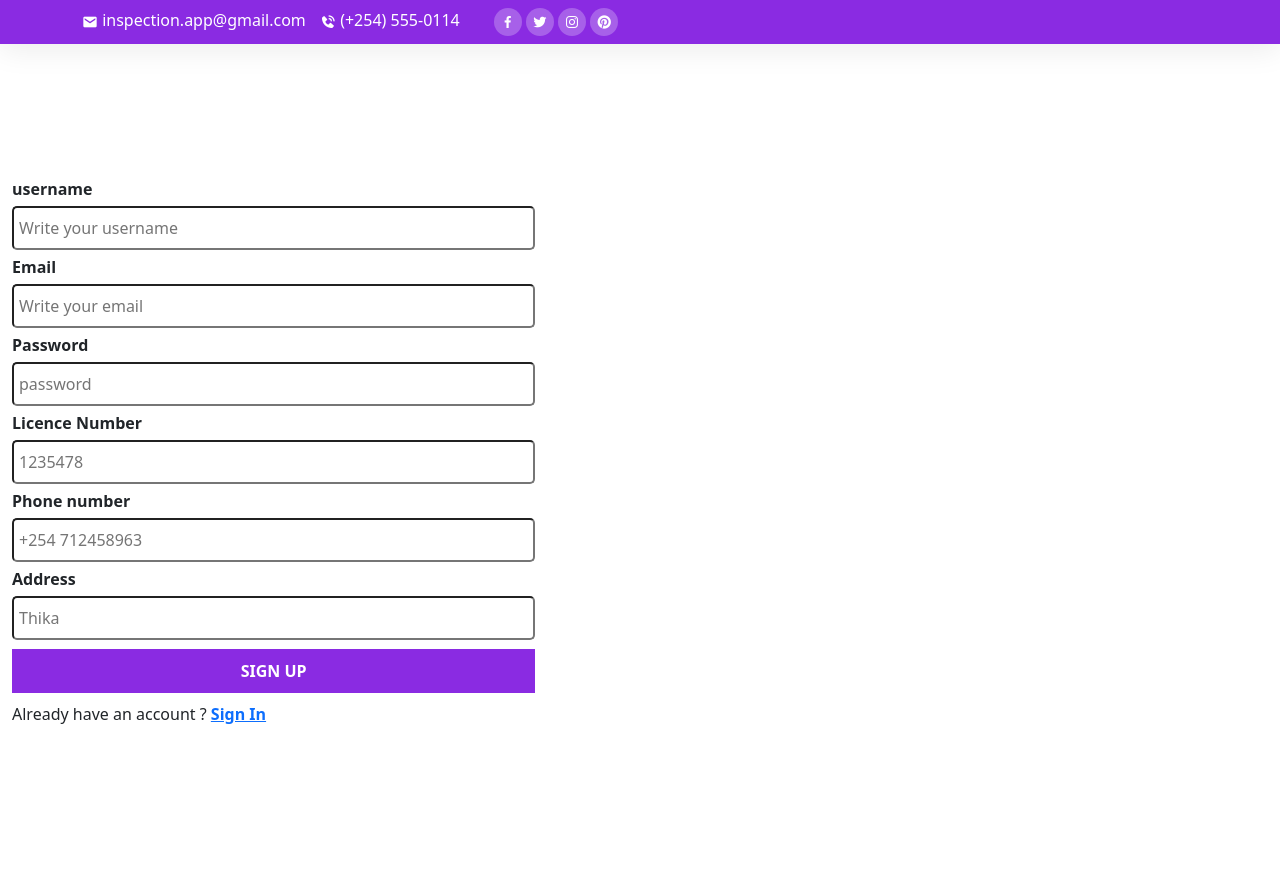
Repository: NDISHAW/Inspectionapp-rails
Page: public/signup.html
These files come from the project's save history. The page is drawn as it stood at one moment and after the next save; the edit follows.
The browser window is 1280 px wide. The pictures show the whole page.

Above is the page before, as saved 2022-10-09 04:22:35.

### public/signup.html
<!DOCTYPE html>
<html lang="en">
  <head>
    <meta charset="UTF-8" />
    <meta http-equiv="X-UA-Compatible" content="IE=edge" />
    <meta name="viewport" content="width=device-width, initial-scale=1.0" />
    <title>Sign up</title>
    <link rel="stylesheet" href="css/style.css">
    <link rel="stylesheet" href="css/bootstrap.min.css">
    <link rel="stylesheet" href="css/owl.carousel.min.css">
    <link rel="stylesheet" href="css/owl.theme.default.min.css">
    <link href='https://unpkg.com/boxicons@2.1.1/css/boxicons.min.css' rel='stylesheet'>

    <script src="/js/axios/dist/axios.min.js"></script>
  </head>
  <body data-bs-spy="scroll" data-bs-target=".navbar" data-bs-offset="70">


      <!-- TOP NAV -->
      <div class="top-nav navbar" id="home">
          <div class="container">
              <div class="row justify-content-between">
                  <div class="col-auto">
                      <p> <i class='bx bxs-envelope'></i> inspection.app@gmail.com</p>
                      <p> <i class='bx bxs-phone-call'></i> (+254) 555-0114</p>
                  </div>
                  <div class="col-auto social-icons">
                      <a href="#"><i class='bx bxl-facebook'></i></a>
                      <a href="#"><i class='bx bxl-twitter'></i></a>
                      <a href="#"><i class='bx bxl-instagram'></i></a>
                      <a href="#"><i class='bx bxl-pinterest'></i></a>
                  </div>
              </div>
          </div>
      </div>
    <section id="about">
      <div class="container-fluid">
    <div class="col-auto justify-content-center ">
      <div class="col-lg-5 py-5">
      <!-- username  -->
      <div class="username">
        <label for="username">username</label>
        <input
          type="username"
          name="username"
          id="username"
          placeholder="Write your username"
        />
      </div>
      <!-- Email  -->
      <div class="email">
        <label for="email">Email</label>
        <input
          type="email"
          name="email"
          id="email"
          placeholder="Write your email"
        />
      </div>
      <!-- passWord -->
      <div class="pass">
        <label for="password">Password</label>
        <input
          type="password"
          name="password"
          id="password"
          placeholder="password"
        />
      </div>
      <!-- licence_no -->
      <div class="pass">
        <label for="licence_no">Licence Number</label>
        <input
          name="licence_no"
          id="licence_no"
          placeholder="1235478"
        />
      </div>

      <!-- phone -->
      <div class="pass">
        <label for="phone">Phone number</label>
        <input
          name="phone"
          id="phone"
          placeholder="+254 712458963"
        />
      </div>

      <!-- address -->
      <div class="pass">
        <label for="address">Address</label>
        <input
          type="address"
          name="address"
          id="address"
          placeholder="Thika"
        />
      </div>
      <!-- Rails button -->
      <!-- <button id="submit-btn" onclick="rails()">Rails test</button> -->
      <!-- Sign Up button -->
      <button id="submit-btn" onclick="signUp();">Sign Up</button>
      <!-- Sign In option -->
      <p>Already have an account ?</p>
      <span><a href="signIn.html">Sign In</a></span>
    </div>
    </div>
    </div>
    </section>
  </div>
    <script src="main.js"></script>
  </body>
</html>

### public/css/style.css
@import url('https://fonts.googleapis.com/css2?family=Barlow:wght@400;500;600;700&display=swap');

:root {
    --brand: blueviolet;
    --dark: #092032;
    --body: #516171;
    --border: rgba(0,0,0,0.08);
    --shadow: 0px 6px 30px rgba(0, 0, 0, 0.08);

}

body {
    font-family: "Barlow", sans-serif;
    color: var(--body);
    line-height: 1.7;
}

h1,h2,h3,h4,h5,h6,
.display-1,.display-2,.display-3,.display-4 {
    font-weight: 700;
    color: var(--dark);
}

.bg-cover {
    background-size: cover;
    background-position: center;
    background-repeat: no-repeat;
}

img {
    width: 100%;
}

a {
    color: var(--dark);
    transition: all 0.4s ease;
    font-weight: 500;
}

a:hover {
    color: var(--brand);
}

section {
    padding-top: 80px;
    padding-bottom: 80px;
}

.text-brand {
    color: var(--brand) !important;
}


.hero-slider .owl-prev,
.hero-slider .owl-next{
    background-color: rgba(255, 255, 255, 0.3) !important;
    width: 60px !important;
    height: 60px !important;
    display: block;
    display: grid;
    place-items: center;
    color: #fff !important;
    border-radius: 100px;
    line-height: 0;
    border-radius: 100px !important;
    position: absolute;
    top: 50%;
    font-weight: 600 !important;
    font-size: 12px !important;
    transition: all 0.4s ease;
    margin-top: -30px !important;
}

.owl-prev {
    left: 0;
}
.owl-next {
    right: 0;
}

.hero-slider .owl-prev:hover,
.hero-slider .owl-next:hover {
    background-color: var(--brand) !important;
}

.owl-dot.active span{
    background-color: var(--brand) !important;
}


 /* slide */
 .slide {
     min-height: 100vh;
     display: flex;
     align-items: center;
     justify-content: center;
     position: relative;
}

.slide1 {
    background: linear-gradient(rgba(0, 0, 0, 0.4), rgba(0, 0, 0, 0.4)), url(../img/mec2.jpg);
    background-size: cover;
    background-position: center;
    background-repeat: no-repeat;
}

.slide2 {
    background: linear-gradient(rgba(0, 0, 0, 0.4), rgba(0, 0, 0, 0.4)), url(../img/world3.jpg);
    background-size: cover;
    background-position: center;
    background-repeat: no-repeat;
}

.slide .display-3 {
    text-transform: uppercase;
    color: #fff;
}

/* navbar */
.top-nav {
    background-color: var(--brand);
    color: #fff;
    padding-top: 5px;
    padding-bottom: 5px;
}

.top-nav p {
    display: inline-block;
    margin-bottom: 0;
    margin-right: 10px;
}

.top-nav span,
.top-nav i {
    vertical-align: middle;
}

.navbar {
    box-shadow: var(--shadow);
}

.social-icons a {
    width: 28px;
    height: 28px;
    display: inline-flex;
    color: #fff;
    background-color: rgba(255, 255, 255, 0.25);
    text-decoration: none;
    align-items: center;
    justify-content: center;
    border-radius: 100px;
}

.social-icons a:hover {
    background-color: #fff;
    color: var(--brand);
}

.navbar .navbar-nav .nav-link {
    color: var(--dark);
}

.navbar .navbar-nav .nav-link:hover {
    color: var(--brand);
}

.navbar .navbar-nav .nav-link.active {
    color: var(--brand);
}

.navbar-brand {
    font-size: 28px;
    font-weight: 700;
}

.navbar-brand .dot {
    color: var(--brand);
}

.btn {
    padding: 8px 26px;
}

.btn-brand {
    border-color: var(--brand);
    background-color: var(--brand);
    color: #fff;
}

.btn-brand:hover {
    background-color: #d64022;
    border-color: #d64022;
    color: #fff;
}

.intro {margin-bottom: 36px;
text-align: center;}

.intro p {
    max-width: 500px;
}
.intro h6{
    color: var(--brand);
    font-weight: 400;
    text-transform: uppercase;
}

.intro h1 {
    margin-top: 15px;
    margin-bottom: 15px;
}

.info-box {
    align-items: center;
    display: flex;
}

.info-box img {
    width: 90px;
}


#milestone {
    background: linear-gradient(rgba(136, 42, 143, 0.85), rgba(48, 181, 123, 0.85)), url(../img/inspe.jpg);
    background-size: cover;
    background-position: center;
    background-repeat: no-repeat;
}

#milestone h1,
#milestone p {
    color: #fff;
}

.service {
    padding: 32px;
    background-color: #fff;
    box-shadow: var(--shadow);
}

.service h5 {
    margin-top: 24px;
    margin-bottom: 14px;
}

.service img {
    width: 90px;
}


.project {
    position: relative;
    overflow: hidden;
    z-index: 2;
}

.project h6 {
    font-weight: 400;
}

.project h6::before {
    content: "";
    height: 2px;
    width: 30px;
    display: inline-block;
    background: var(--brand);
    vertical-align: middle;
    margin-right: 10px;
}


.project .overlay {
    width: 100%;
    height: 220px;
    position: absolute;
    bottom: 0;
    left: 0;
    background: linear-gradient(180deg, rgba(255, 76, 41, 0) 0%, var(--dark) 100%);
}

.project .content {
    position: absolute;
    left: 10%;
    bottom: 10%
}

.project h2,
.project h6 {
    color: #fff;
}

.team-member {
    text-align: center;
}

.team-member .image{
    position: relative;
    z-index: 2;
    overflow: hidden;
}

.team-member .overlay {
    width: 100%;
    height: 100%;
    position: absolute;
    left: 0;
    top: -10%;
    background-color: rgba(255, 77, 41, 0.7);
    opacity: 0;
    transition: all 0.4s ease;
}

.team-member h5 {
    margin-top: 16px;
    margin-bottom: 4px;
}

.team-member .social-icons {
    position: absolute;
    top: 60%;
    left: 50%;
    transform: translate(-50%, -50%);
    z-index: 2;
    opacity: 0;
    transition: all 0.4s ease;
}

.team-member .social-icons a {
    width: 40px;
    height: 40px;
}

.team-member:hover .social-icons {
    top: 50%;
    opacity: 1;
}

.team-member:hover .overlay {
    top: 0%;
    opacity: 1;
}

#reviews {

    background: linear-gradient(-90deg, rgba(8, 32, 50, 0.8), rgba(8, 32, 50, 0.8)), url(../img/imago.jpg), #082032;;
    background-size: cover;
    background-position: center;
    background-repeat: no-repeat;
}

.review {
    text-align: center;
    z-index: 2;
    position: relative;
    margin: 15px;
    max-width: 768px;
    margin: auto;
}

.review .bxs-quote-alt-left {
    font-size: 120px;
    position: absolute;
    opacity: 0.1;
    left: 50%;
    top: 50%;
    transform: translate(-50%, -50%);
    color: #fff;
}

.review img {
    width: 80px !important;
    height: 80px;
    border-radius: 100px;
    margin: auto;
}

.review h5 {
    margin-top: 16px;
    margin-bottom: 4px;
    color: #fff;
}

.review h3 {
    margin-top: 26px;
    margin-bottom: 26px;
    font-size: 22px;
    color: #fff;
    font-weight: 400;
    line-height: 1.7;
}

.review small {
    color: var(--brand);
}

.review .stars {
    color: var(--brand);
}

.blog-post {
    position: relative;
    background-color: #fff;
    box-shadow: var(--shadow);
}

.blog-post .content {
    padding: 32px;
}

.blog-post a {
    position: absolute;
    top: 20px;
    left: 20px;
    background-color: var(--brand);
    padding: 2px 12px;
    border-radius: 100px;
    text-decoration: none;
    color: #fff;
}

.blog-post h5 {
    margin-top: 12px;
    margin-bottom: 12px;
}

.blog-post small {
    text-transform: uppercase;
    color: var(--brand);
    text-decoration: underline;
}

footer {
    background: linear-gradient(0deg, rgba(8, 32, 50, 0.9), rgba(8, 32, 50, 0.9)), url(../img/teammech.jpg), #082032;;
    background-size: cover;
    background-position: center;
    background-repeat: no-repeat;
}

footer .footer-top {
    padding-top: 80px;
    padding-bottom: 40px;
}

.footer-bottom {
    border-top: 1px solid rgba(255, 255, 255, 0.1);
    padding-bottom: 20px;
    padding-top: 20px;
}

footer .navbar-brand {
    color: #fff;
}

footer p {
    color: #ADB3B9;
}

footer .social-icons a {
    width: 50px;
    height: 50px;
    font-size: 20px;
    margin-left: 4px;
    margin-right: 4px;
}

.loader {
    min-height: 100vh;
    display: flex;
    align-items: center;
    justify-content: center;
    background-color: red;
    z-index: 99999;
    position: fixed;
    left: 0;
    right: 0;
}


input.form-control {
    border-color: transparent;
    height: 44px;
}

.form-control {
    background-color: rgba(0, 0, 0, 0.04);
    border-color: rgba(0, 0, 0, 0.04);;
}

.form-control:focus {
    box-shadow: none;
    border-color: var(--brand);
}
.form {
    width: 400px;
    border-radius: 5px;
    background-color: white;
    height:fit-content;
    padding: 5px 10px;
    background-color: #9633FF;
}
label {
    display: block;
    font-weight: bolder;
    margin: 5px 0px;
}

input {
    width: 100%;
    padding: 8px 5px;
    border-radius: 5px;
    margin-bottom: 10px;
}

#submit-btn {
    border: none;
    background-color: blueviolet;
    width: 100%;
    padding: 10px 8px;
    color: white;
    font-weight: bolder;
    text-transform: uppercase;
    cursor: pointer;
    margin: 9px 0px;
}

p {
    font-size: 16px;
    border-radius: 10px;
    cursor: pointer;
    display: inline-block;
}

a {
    text-decoration: none;
    font-weight: bolder;
}


/*@import url(https://fonts.googleapis.com/css?family=Roboto:400,300,500);*/
*:focus {
    outline: none;

}

### public/main.js
// // setting up firebase with our website
// const firebaseApp = firebase.initializeApp({
//         apiKey: "AIzaSyDF9DKF44fhzBzk5fZB5Mk4_21q4Ey2kxQ",
//         authDomain: "inspection-e4bf7.firebaseapp.com",
//         projectId: "inspection-e4bf7",
//         storageBucket: "inspection-e4bf7.appspot.com",
//         messagingSenderId: "94545597565",
//         appId: "1:94545597565:web:9e1d12415061541a4ecd14",
//         measurementId: "G-P207FELWW2"
//       });
// const db = firebaseApp.firestore();
// const auth = firebaseApp.auth();

// Sign up function
// function signUp(){
//     //DOM manupilation
//     const email = document.getElementById("email").value;
//     const password = document.getElementById("password").value;
//     const phone = document.getElementById("phone").value;
//     const licence_no = document.getElementById("licence_no").value;
//     const address = document.getElementById("address").value;
//     console.log(email, password)
//     // firebase code
//     firebase.auth().createUserWithEmailAndPassword(email, password)
//         .then((result) => {
//             // Signed in
//             document.write("You are Signed Up")
//             window.location = "dashboard.html";
//             console.log(result)
//             // ...
//         })
//         .catch((error) => {
//             console.log(error.code);
//             console.log(error.message)
//             // ..
//         });
// }




// Sign In function
// const username = document.getElementById("username").value;
// const password = document.getElementById("password").value;

function signIn() {
    const username = document.getElementById("username").value;
    const password = document.getElementById("password").value;
    // firebase code
    // firebase.auth().signInWithEmailAndPassword(email, password)
    axios
        .post("http://localhost:3000/api/login", {
            password: password,
            username: username,
            // phone: phone,
            // licence_no: licence_no,
            // address: address,
        })
        .then((result) => {
            // Signed in
            document.write("You are Signed In");
            // window.location = "form.html";
            window.location = "dashboard.html";

            console.log(result);
        })
        .catch((error) => {
            console.log(error.code);
            console.log(error.message);
        });
}

function signUp() {
  const username = document.getElementById("username").value;
  const email = document.getElementById("email").value;
  const password = document.getElementById("password").value;const phone = document.getElementById("phone").value;const licence_no = document.getElementById("licence_no").value;const address = document.getElementById("address").value;
  // firebase code
  // firebase.auth().signInWithEmailAndPassword(email, password)
  axios
    .post("http://localhost:3000/api/signup", {
      username: username,
      password: password,
      phone: phone,
      licence_no: licence_no,
      address: address,
      email: email,
    })
    .then((result) => {
      // Signed in
      document.write("You are Signed Up");
      // window.location = "form.html";
      window.location = "dashboard.html";

      console.log(result);
    })
    .catch((error) => {
      console.log(error.code);
      console.log(error.message);
    });
}

Loaded but not shown: public/css/bootstrap.min.css (library); public/css/owl.carousel.min.css (library); public/css/owl.theme.default.min.css (common file); public/js/axios/dist/axios.min.js (library)

After the next save:
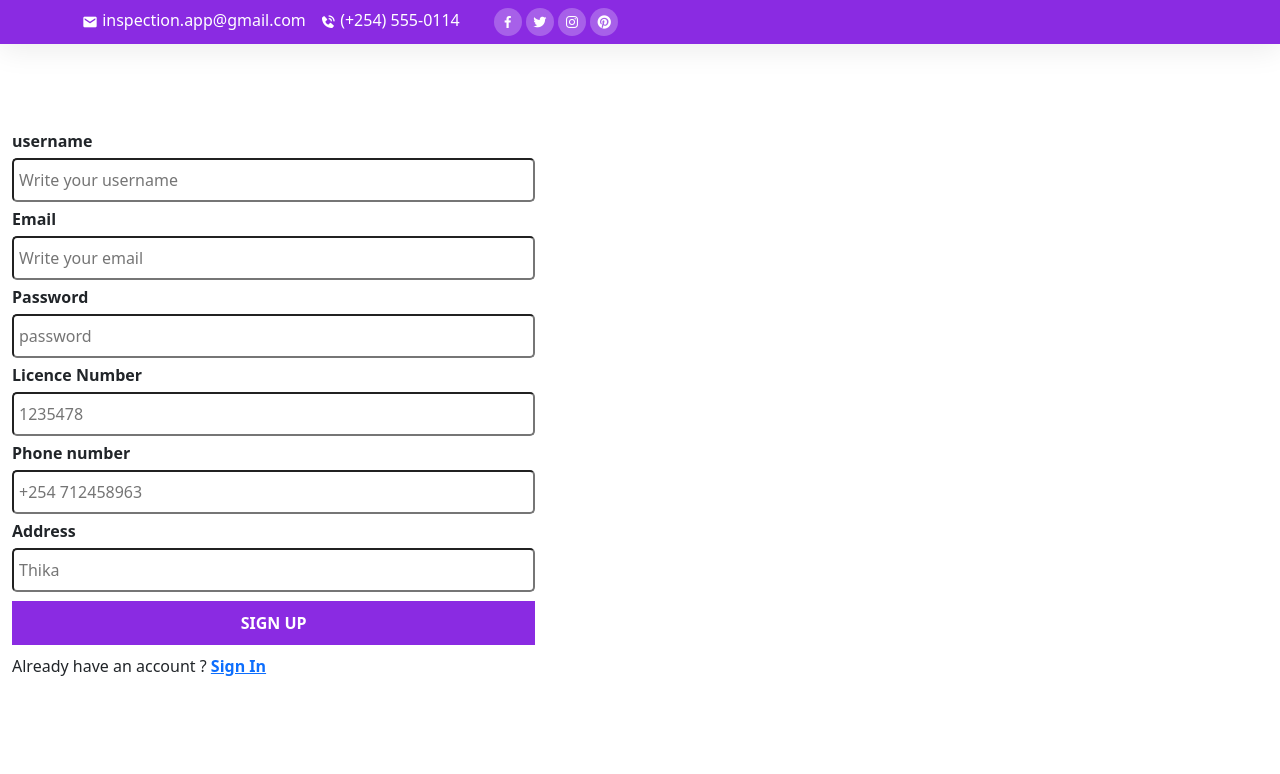
Saved 7 s later.
--- a/public/signup.html
+++ b/public/signup.html
@@ -36,7 +36,7 @@
     <section id="about">
       <div class="container-fluid">
     <div class="col-auto justify-content-center ">
-      <div class="col-lg-5 py-5">
+      <div class="col-lg-5">
       <!-- username  -->
       <div class="username">
         <label for="username">username</label>
